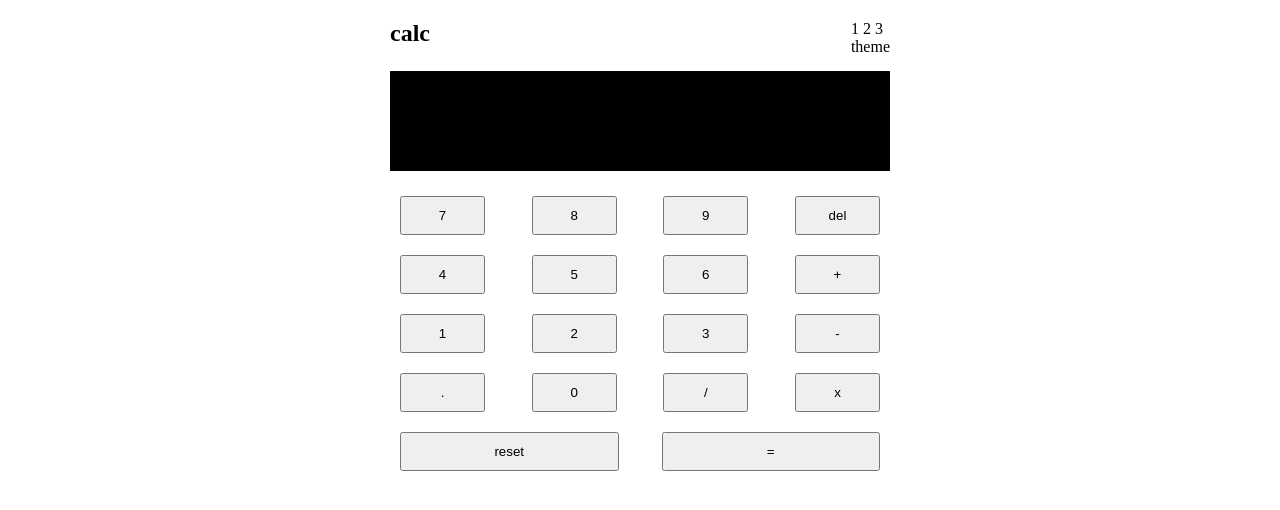
Repository: Eugene44-hub/basic-calculator
Page: index.html
These files come from the project's save history. The page is drawn as it stood at one moment and after the next save; the edit follows.
The browser window is 1280 px wide. The pictures show the whole page.

Above is the page before, as saved 2021-10-02 02:51:51.
Console error: SyntaxError: Unexpected end of input

After the next save:
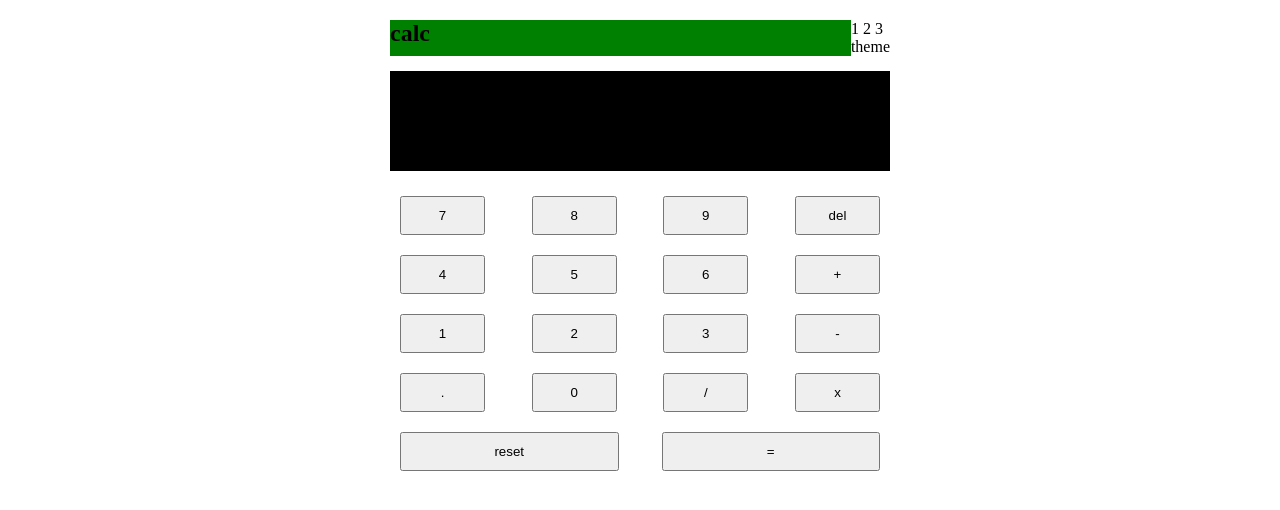
Saved 8 s later.
--- a/style.css
+++ b/style.css
@@ -19,7 +19,9 @@ h2,
     flex: 1;
 }
 
-h2 {}
+h2 {
+    background-color: green;
+}
 
 span {
     flex: 30%;
